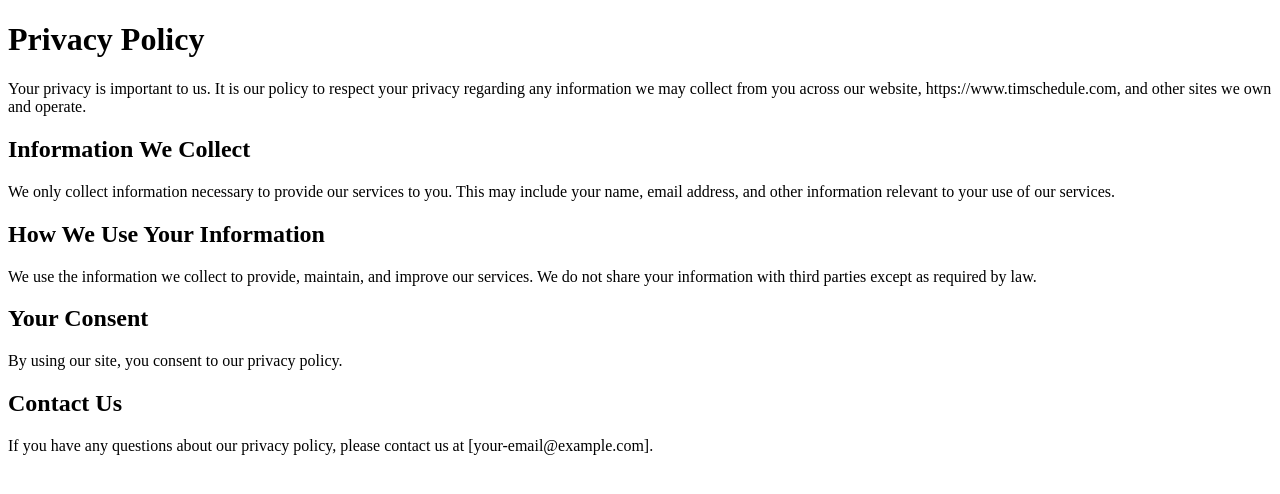
Repository: Sukhvir-Grewal/tim-schadule-app
Page: node_version/public/privacy-policy.html
An editor plug-in stored every save of this project. The page is shown before and after the next save, followed by the edit.
The browser window is 1280 px wide. The pictures show the whole page.

Above is the page before, as saved 2024-08-08 19:40:51.

### node_version/public/privacy-policy.html
<!DOCTYPE html>
<html lang="en">
<head>
    <meta charset="UTF-8">
    <meta name="viewport" content="width=device-width, initial-scale=1.0">
    <title>Privacy Policy</title>
</head>
<body>
    <h1>Privacy Policy</h1>
    <p>Your privacy is important to us. It is our policy to respect your privacy regarding any information we may collect from you across our website, https://www.timschedule.com, and other sites we own and operate.</p>
    <h2>Information We Collect</h2>
    <p>We only collect information necessary to provide our services to you. This may include your name, email address, and other information relevant to your use of our services.</p>
    <h2>How We Use Your Information</h2>
    <p>We use the information we collect to provide, maintain, and improve our services. We do not share your information with third parties except as required by law.</p>
    <h2>Your Consent</h2>
    <p>By using our site, you consent to our privacy policy.</p>
    <h2>Contact Us</h2>
    <p>If you have any questions about our privacy policy, please contact us at [your-email@example.com].</p>
</body>
</html>

After the next save:
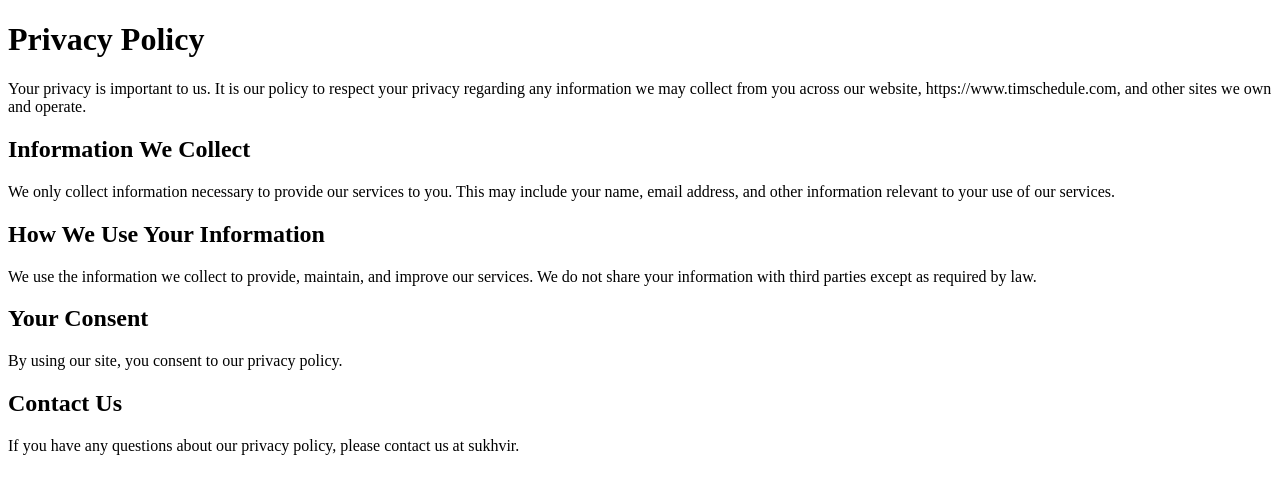
Saved 23 s later.
--- a/node_version/public/privacy-policy.html
+++ b/node_version/public/privacy-policy.html
@@ -1,20 +1,36 @@
 <!DOCTYPE html>
 <html lang="en">
-<head>
-    <meta charset="UTF-8">
-    <meta name="viewport" content="width=device-width, initial-scale=1.0">
-    <title>Privacy Policy</title>
-</head>
-<body>
-    <h1>Privacy Policy</h1>
-    <p>Your privacy is important to us. It is our policy to respect your privacy regarding any information we may collect from you across our website, https://www.timschedule.com, and other sites we own and operate.</p>
-    <h2>Information We Collect</h2>
-    <p>We only collect information necessary to provide our services to you. This may include your name, email address, and other information relevant to your use of our services.</p>
-    <h2>How We Use Your Information</h2>
-    <p>We use the information we collect to provide, maintain, and improve our services. We do not share your information with third parties except as required by law.</p>
-    <h2>Your Consent</h2>
-    <p>By using our site, you consent to our privacy policy.</p>
-    <h2>Contact Us</h2>
-    <p>If you have any questions about our privacy policy, please contact us at [your-email@example.com].</p>
-</body>
+    <head>
+        <meta charset="UTF-8" />
+        <meta name="viewport" content="width=device-width, initial-scale=1.0" />
+        <title>Privacy Policy</title>
+    </head>
+    <body>
+        <h1>Privacy Policy</h1>
+        <p>
+            Your privacy is important to us. It is our policy to respect your
+            privacy regarding any information we may collect from you across our
+            website, https://www.timschedule.com, and other sites we own and
+            operate.
+        </p>
+        <h2>Information We Collect</h2>
+        <p>
+            We only collect information necessary to provide our services to
+            you. This may include your name, email address, and other
+            information relevant to your use of our services.
+        </p>
+        <h2>How We Use Your Information</h2>
+        <p>
+            We use the information we collect to provide, maintain, and improve
+            our services. We do not share your information with third parties
+            except as required by law.
+        </p>
+        <h2>Your Consent</h2>
+        <p>By using our site, you consent to our privacy policy.</p>
+        <h2>Contact Us</h2>
+        <p>
+            If you have any questions about our privacy policy, please contact
+            us at sukhvir.
+        </p>
+    </body>
 </html>
